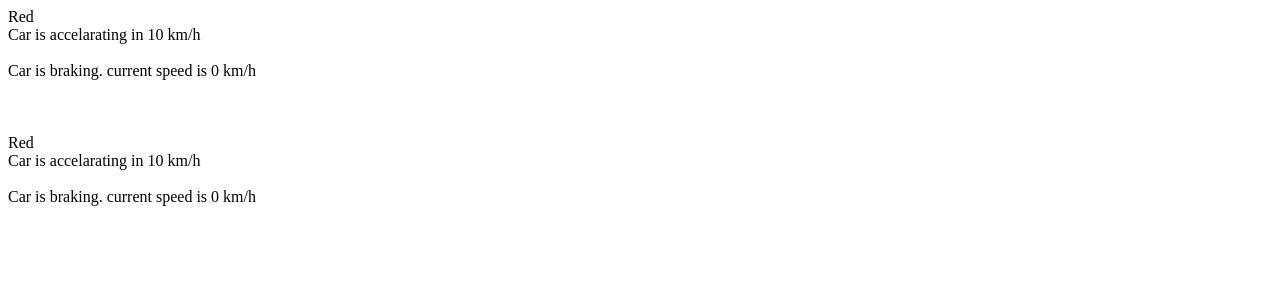
Repository: Aminullah-01/geek-php-laravel-backend-engineering
Page: http://localhost/weeks/week-04-databases-pdo/day1/oop.php
The author's editor kept a copy of each file at every save. The page is drawn from the files as they stood at one save, then again after a run of saves.
The browser window is 1280 px wide. The pictures show the whole page.
The page is run by PHP 8.4 with error messages shown; the project is at /var/www/html/.

Above is the page before, as saved 2026-02-23 14:34:27.

After the next 4 saves:
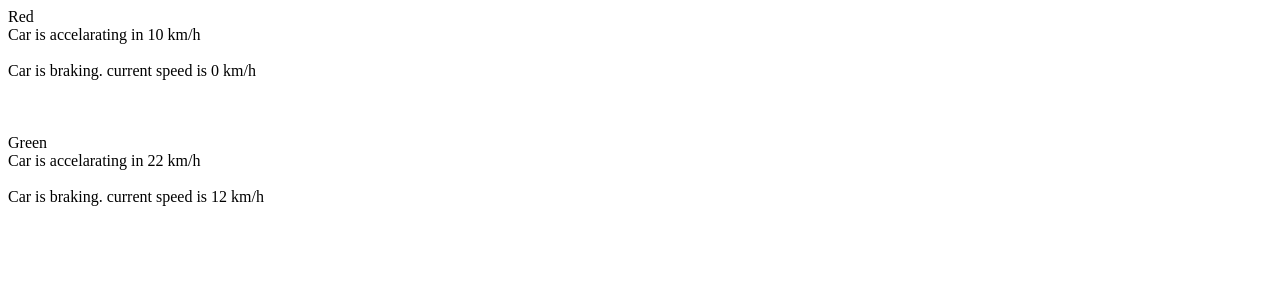
The 4 saves are shown as one change because they came seconds apart.
The last was saved 12 s later.
--- a/weeks/week-04-databases-pdo/day1/oop.php
+++ b/weeks/week-04-databases-pdo/day1/oop.php
@@ -55,10 +55,11 @@ echo "<br/>";
 echo "<br/>";
 echo "<br/>";
 echo "<br/>";
-echo $car1->getColor();
+
+echo $car2->getColor();
 echo "<br/>";
-echo $car1->accelarate();
+echo $car2->accelarate();
 echo "<br/>";
 echo "<br/>";
 
-echo $car1->brake();
+echo $car2->brake();
